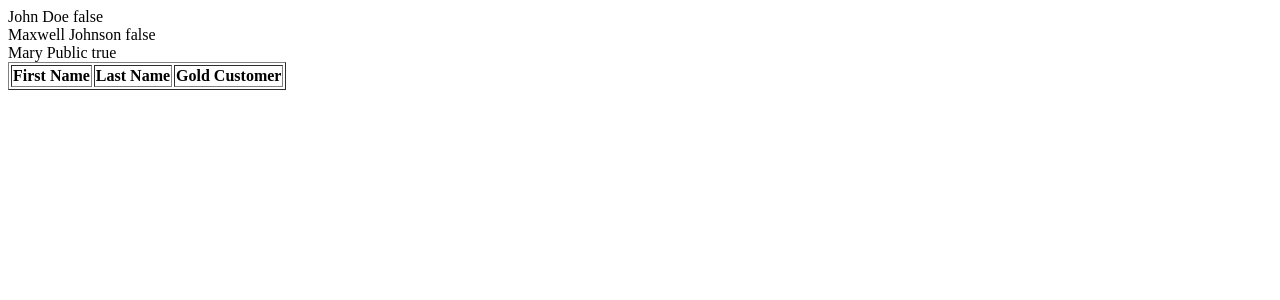
Repository: linhphan98/JavaDatabase
Page: http://localhost/JSTLtagDemo/forEach-Student.jsp
The author's editor kept a copy of each file at every save. The page is drawn from the files as they stood at one save, then again after the next save.
The browser window is 1280 px wide. The pictures show the whole page.
The page is served by Tomcat 9.

Above is the page before, as saved 2020-01-14 19:03:51.

### JSTLtagDemo/WebContent/forEach-Student.jsp
<%@ taglib uri="http://java.sun.com/jsp/jstl/core" prefix = "c" %>
<%@ page import="java.util.*, jsp.tagDemo.Student" %>

<%
	// create some data
	List<Student> data = new ArrayList<>();

	data.add(new Student("John", "Doe", false));
	data.add(new Student("Maxwell", "Johnson", false));
	data.add(new Student("Mary", "Public", true));

	pageContext.setAttribute("myStudents", data);
%>

<html>
	<body>
	<table border="1">

		<tr>
			<th>First Name</th>
			<th>Last Name</th>
			<th>Gold Customer</th>
		</tr>
		<c:forEach var="tempStudent" items="${myStudents}">
			${tempStudent.firstName} ${tempStudent.lastName} ${tempStudent.goldCustomer} <br/>
		</c:forEach>
	</table>

	</body>
</html>

### JSTLtagDemo/src/jsp/tagDemo/Student.java
package jsp.tagDemo;

public class Student {

	private String firstName, lastName;
	private boolean goldCustomer;

	public Student(String firstName, String lastName, boolean goldCustomer) {
		super();
		this.firstName = firstName;
		this.lastName = lastName;
		this.goldCustomer = goldCustomer;
	}

	public void setGoldCustomer(boolean goldCustomer) {
		this.goldCustomer = goldCustomer;
	}
	public void setFirstName(String firstName) {
		this.firstName = firstName;
	}
	public void setLastName(String lastName) {
		this.lastName = lastName;
	}

	public String getFirstName() {
		return firstName;
	}
	public String getLastName() {
		return lastName;
	}
	public boolean isGoldCustomer() {
		return goldCustomer;
	}

}

After the next save:
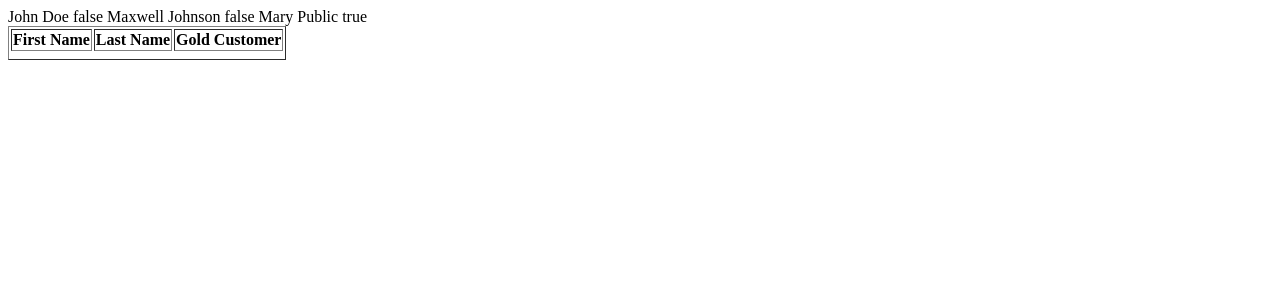
Saved 32 s later.
--- a/JSTLtagDemo/WebContent/forEach-Student.jsp
+++ b/JSTLtagDemo/WebContent/forEach-Student.jsp
@@ -21,8 +21,11 @@
 			<th>Last Name</th>
 			<th>Gold Customer</th>
 		</tr>
+
 		<c:forEach var="tempStudent" items="${myStudents}">
-			${tempStudent.firstName} ${tempStudent.lastName} ${tempStudent.goldCustomer} <br/>
+			<tr>
+				${tempStudent.firstName} ${tempStudent.lastName} ${tempStudent.goldCustomer}
+			</tr>
 		</c:forEach>
 	</table>
 
